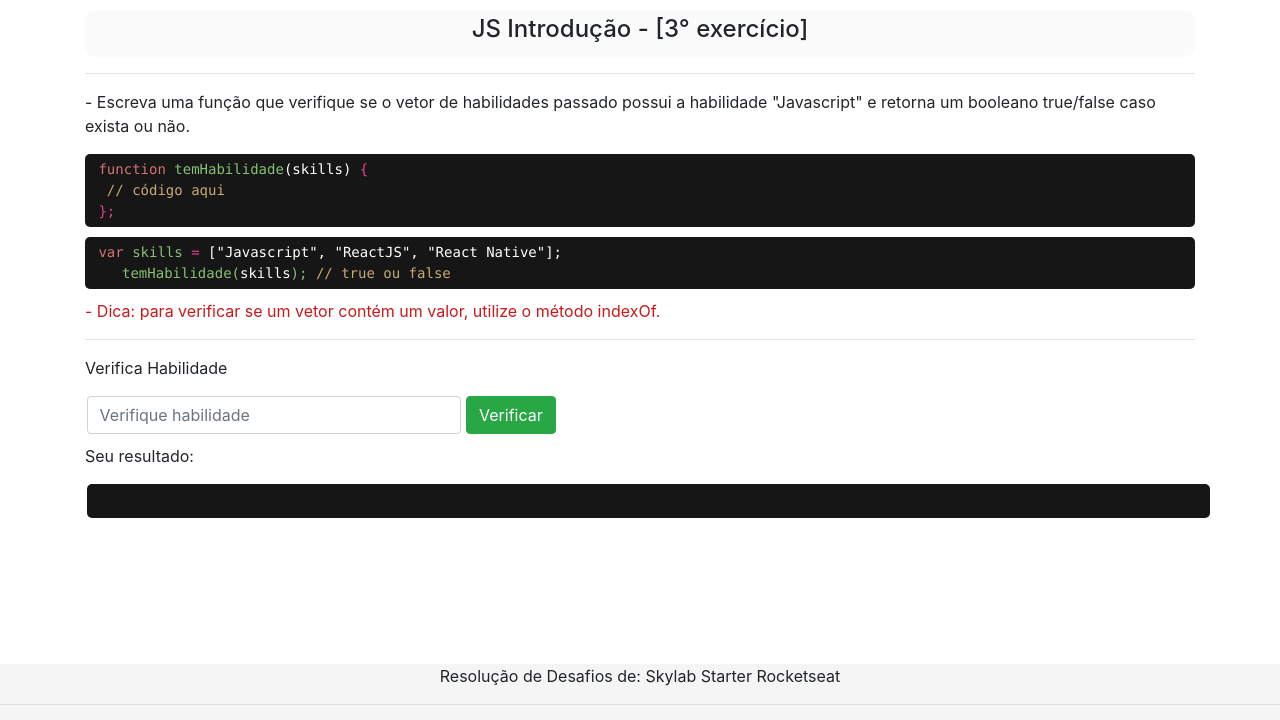
Repository: edsonjuniornarvaes/JS-Starter-Chalenge-Skylab
Page: introducao/exercicio-3/ex3.html
These files come from the project's save history. The page is drawn as it stood at one moment and after the next save; the edit follows.
The browser window is 1280 px wide. The pictures show the whole page.

Above is the page before, as saved 2020-06-10 10:29:19.

After the next save:
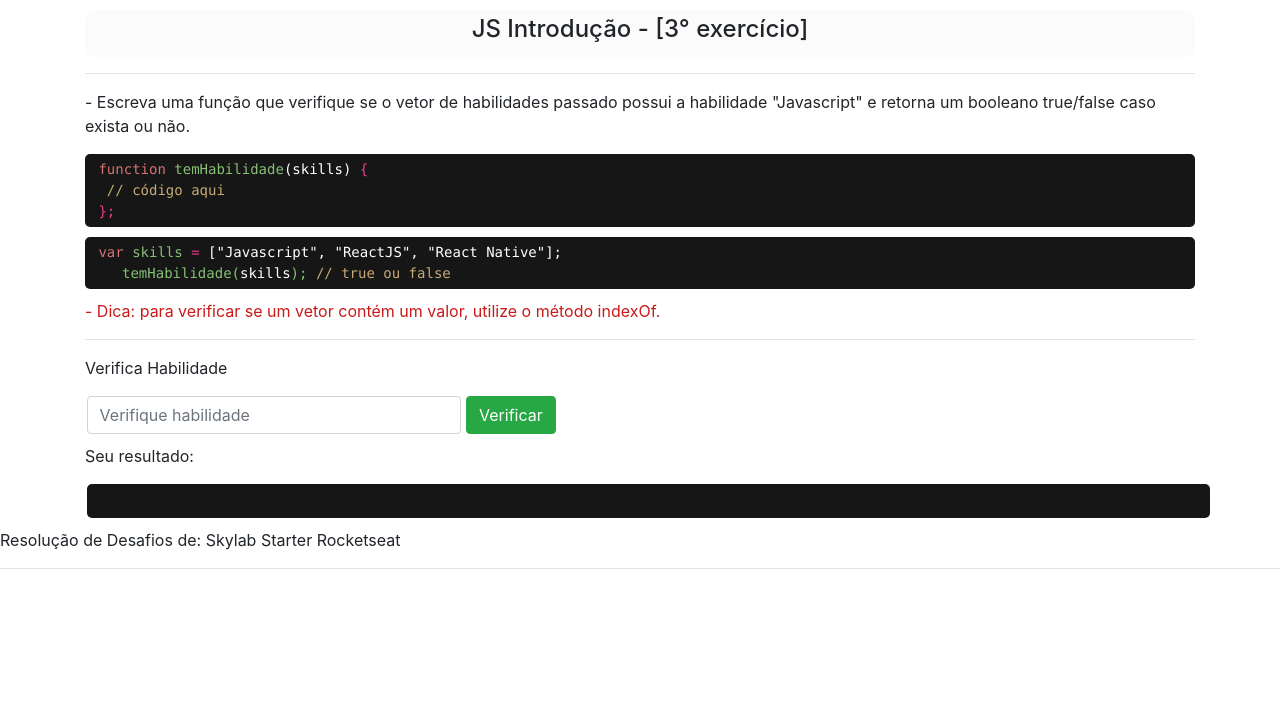
Saved 56 s later.
--- a/introducao/style.css
+++ b/introducao/style.css
@@ -34,7 +34,7 @@
     border-radius: 10px;
 }
 
-footer {
+/* footer {
     text-align: center;
     background: #545b620f;
     width: 100%;
@@ -42,7 +42,7 @@
     position: absolute;
     bottom: 0px;
     left: 0;
-}
+} */
 
 button {
     margin-left: 5px!important;

After the save that followed:
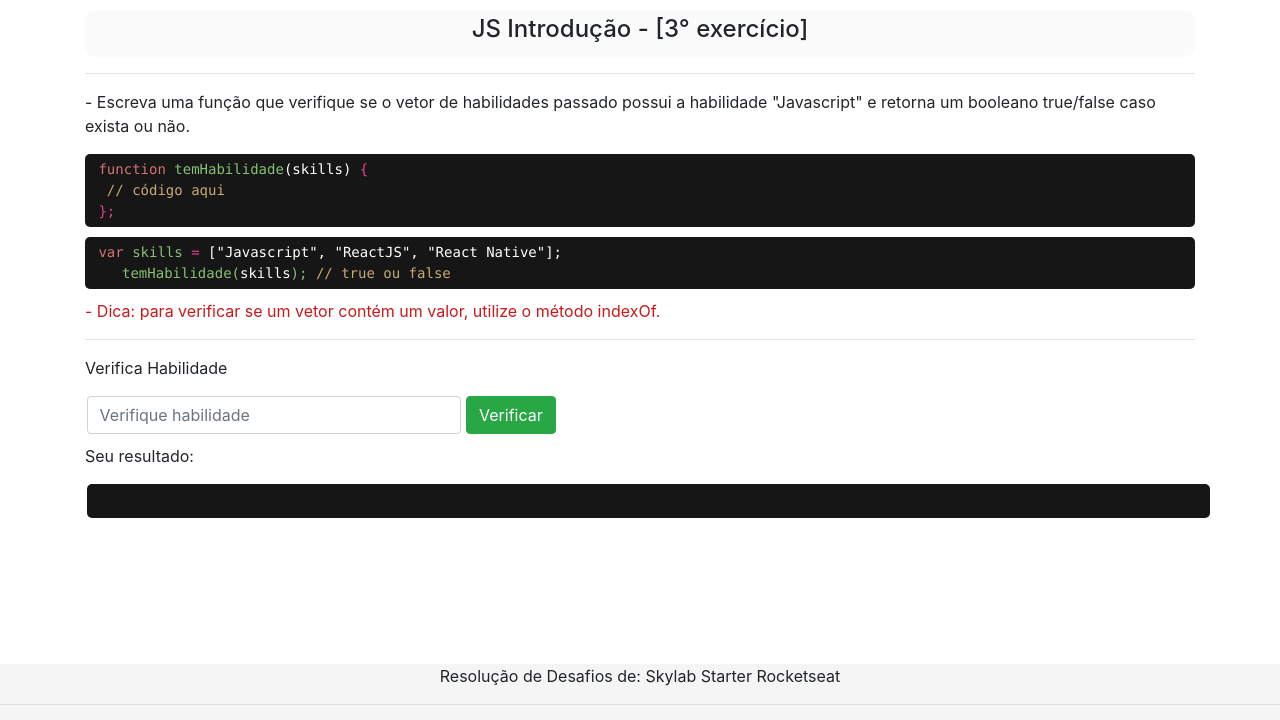
Saved 6 s later.
--- a/introducao/style.css
+++ b/introducao/style.css
@@ -34,7 +34,7 @@
     border-radius: 10px;
 }
 
-/* footer {
+footer {
     text-align: center;
     background: #545b620f;
     width: 100%;
@@ -42,7 +42,7 @@
     position: absolute;
     bottom: 0px;
     left: 0;
-} */
+}
 
 button {
     margin-left: 5px!important;
